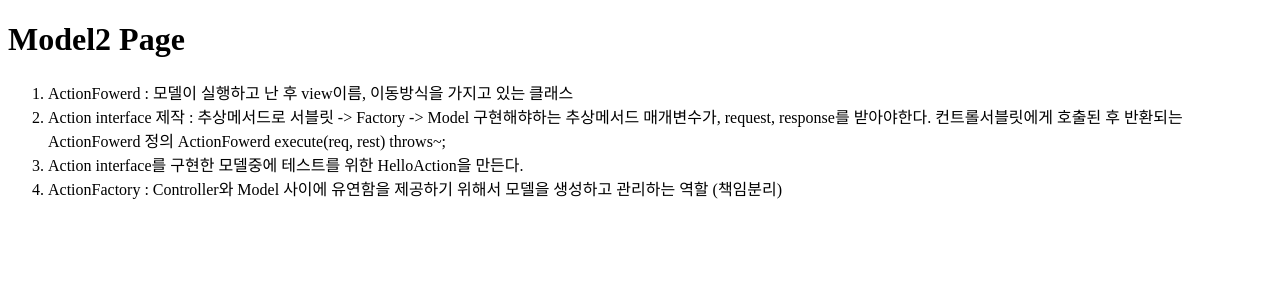
Repository: hyo-lang/java_ICT
Page: http://localhost/mvc1024/
An editor plug-in stored every save of this project. The page is shown before and after the next save, followed by the edit.
The browser window is 1280 px wide. The pictures show the whole page.
The page is served by Tomcat 9.

Above is the page before, as saved 2024-10-24 03:23:27.

After the next save:
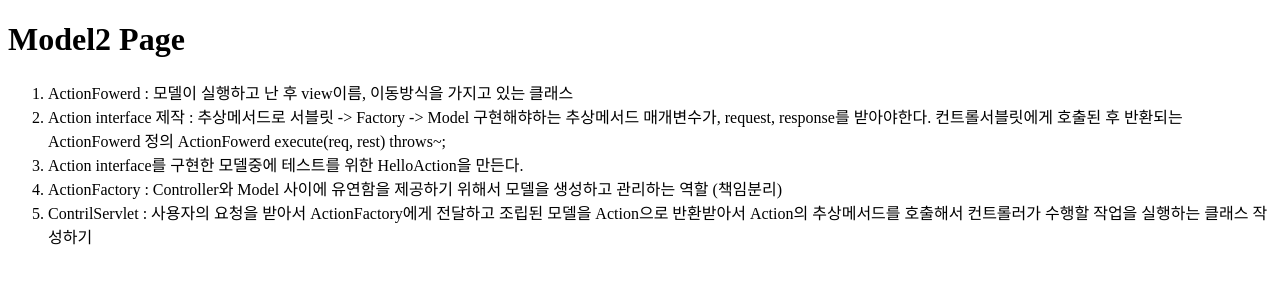
Saved 10 min 59 s later.
--- a/mvc1024/src/main/webapp/index.jsp
+++ b/mvc1024/src/main/webapp/index.jsp
@@ -15,6 +15,8 @@
 ActionFowerd execute(req, rest) throws~;</li>
 <li>Action interface를 구현한 모델중에 테스트를 위한 HelloAction을 만든다.</li>
 <li>ActionFactory : Controller와 Model 사이에 유연함을 제공하기 위해서 모델을 생성하고 관리하는 역할 (책임분리)</li>
+<li>ContrilServlet : 사용자의 요청을 받아서 ActionFactory에게 전달하고 조립된 모델을 Action으로
+반환받아서 Action의 추상메서드를 호출해서 컨트롤러가 수행할 작업을 실행하는 클래스 작성하기</li>
 </ol>
 </body>
 </html>
